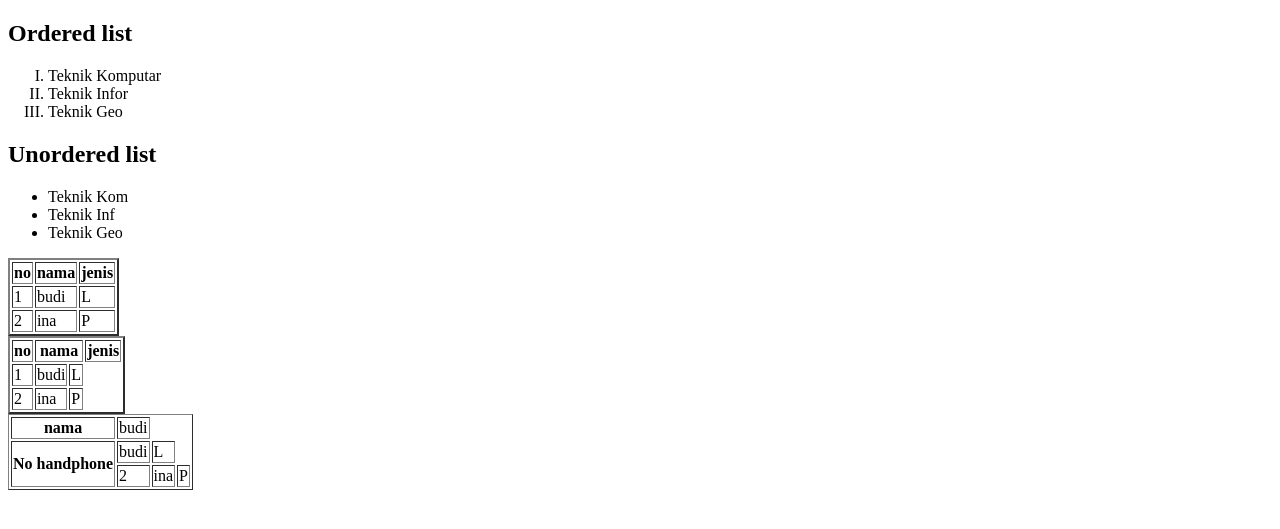
Repository: keyx-alt/pemrograman_web
Page: list.html
An editor plug-in stored every save of this project. The page is shown before and after the next save, followed by the edit.
The browser window is 1280 px wide. The pictures show the whole page.

Above is the page before, as saved 2026-04-16 14:02:50.

### list.html
<!DOCTYPE html>
<html lang="en">
<head>
    <meta charset="UTF-8">
    <meta name="viewport" content="width=device-width, initial-scale=1.0">
    <title>Document</title>
</head>
<body>
    <h2>Ordered list</h2>

    <ol type="I">
        <li>Teknik Komputar</li>
        <li>Teknik Infor</li>
        <li>Teknik Geo</li>
    </ol>

    <h2>Unordered list</h2>

    <ul>
        <li>Teknik Kom</li>
        <li>Teknik Inf</li>
        <li>Teknik Geo</li>
    </ul>

    <table border="2">
        <tr>
            <th>no</th>
            <th>nama</th>
            <th>jenis</th>
        </tr>
        <tr>
            <td>1</td>
            <td>budi</td>
            <td>L</td>
        </tr>
        <tr>
            <td>2</td>
            <td>ina</td>
            <td>P</td>
        </tr>
    </table>

     <table border="2">
        <tr>
            <th>no</th>
            <th colspan="2">nama</th>
            <th>jenis</th>
        </tr>
        <tr>
            <td>1</td>
            <td>budi</td>
            <td>L</td>
        </tr>
        <tr>
            <td>2</td>
            <td>ina</td>
            <td>P</td>
        </tr>
    </table>

    <table border="1">
        <tr>
            <th>nama</th>
            <td>budi</td>
        </tr>
        <tr>
            <th rowspan="2">No handphone</th>
            <td>budi</td>
            <td>L</td>
        </tr>
        <tr>
            <td>2</td>
            <td>ina</td>
            <td>P</td>
        </tr>
    </table>
</body>
</html>

After the next save:
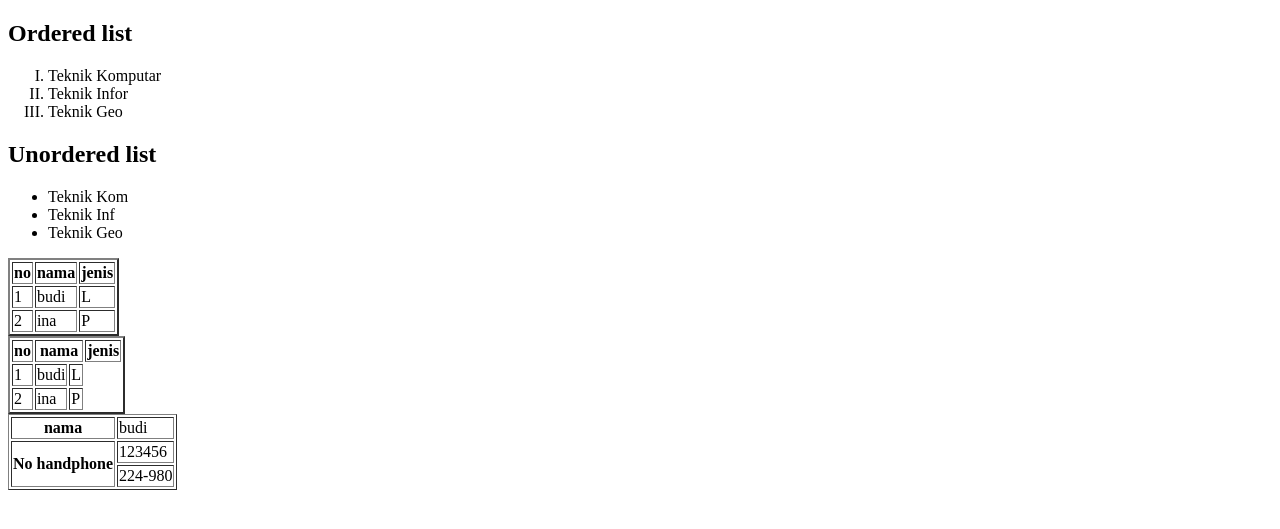
Saved 35 s later.
--- a/list.html
+++ b/list.html
@@ -65,13 +65,10 @@
         </tr>
         <tr>
             <th rowspan="2">No handphone</th>
-            <td>budi</td>
-            <td>L</td>
+            <td>123456</td>
         </tr>
         <tr>
-            <td>2</td>
-            <td>ina</td>
-            <td>P</td>
+            <td>224-980</td>
         </tr>
     </table>
 </body>
